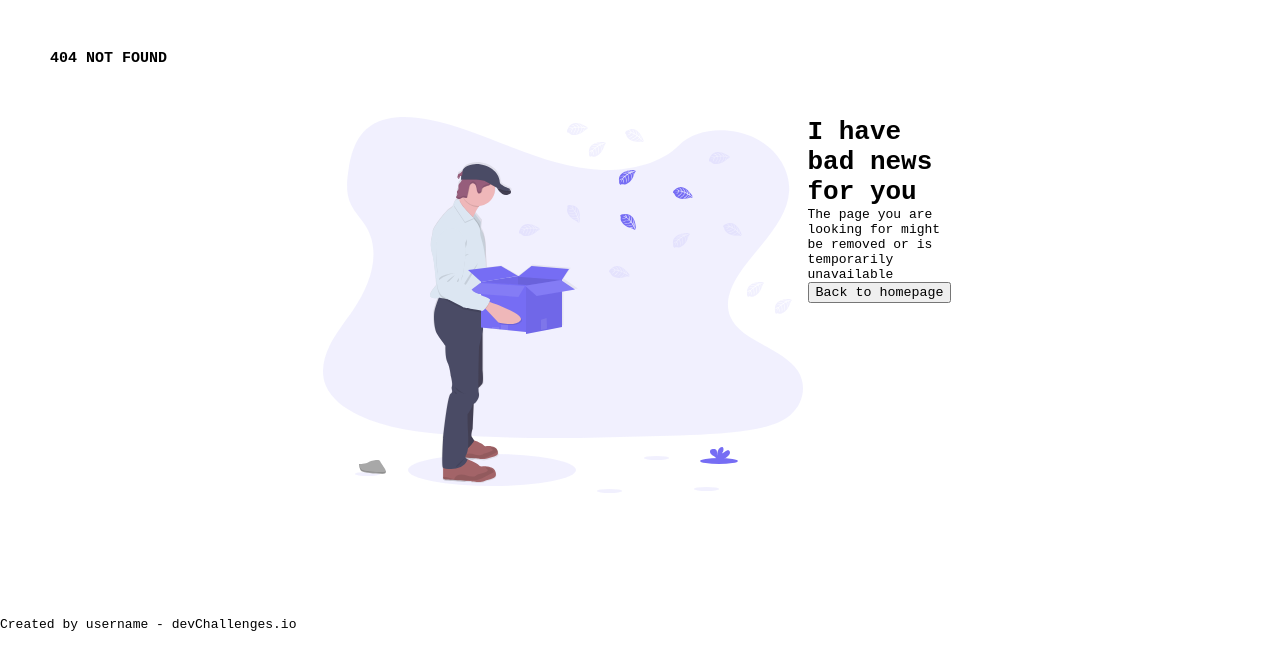
Repository: georgisenze/404-not-found-challeng
Page: index.html
The author's editor kept a copy of each file at every save. The page is drawn from the files as they stood at one save, then again after the next save.
The browser window is 1280 px wide. The pictures show the whole page.

Above is the page before, as saved 2023-02-21 06:39:37.

After the next save:
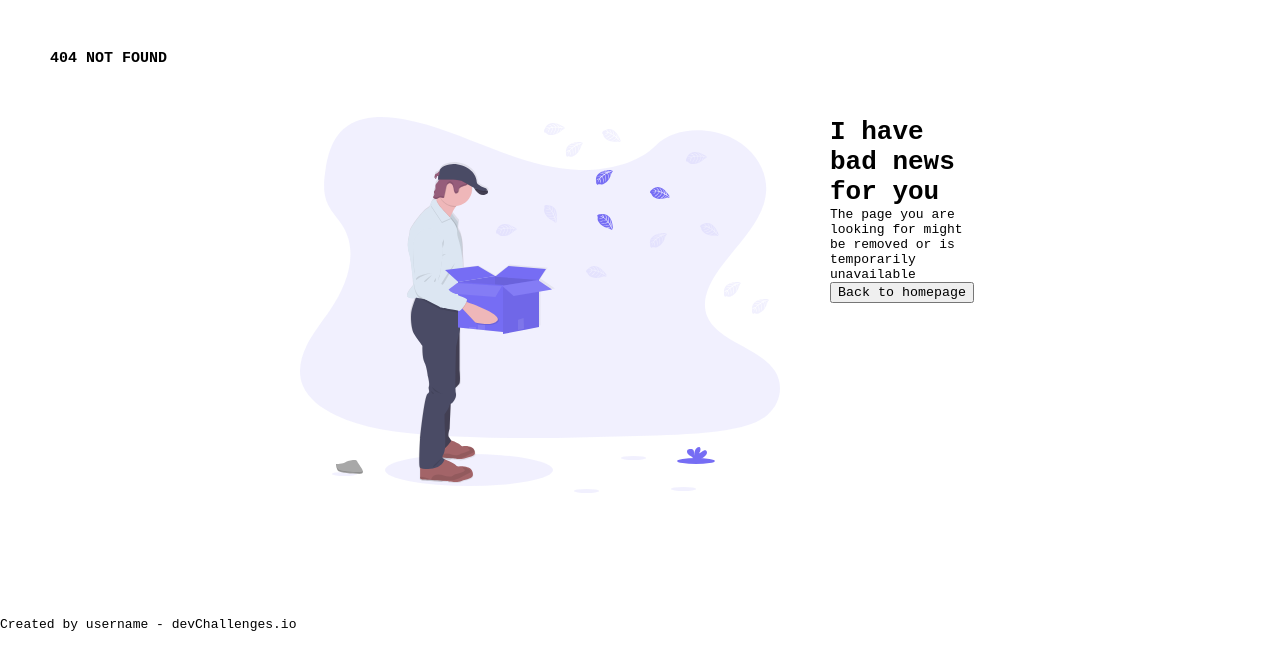
Saved 10 s later.
--- a/assets/css/style.css
+++ b/assets/css/style.css
@@ -27,7 +27,7 @@ header p {
 }
 
 .left {
-    margin-right: 5px;
+    margin-right: 50px;
 }
 
 .rigth{
